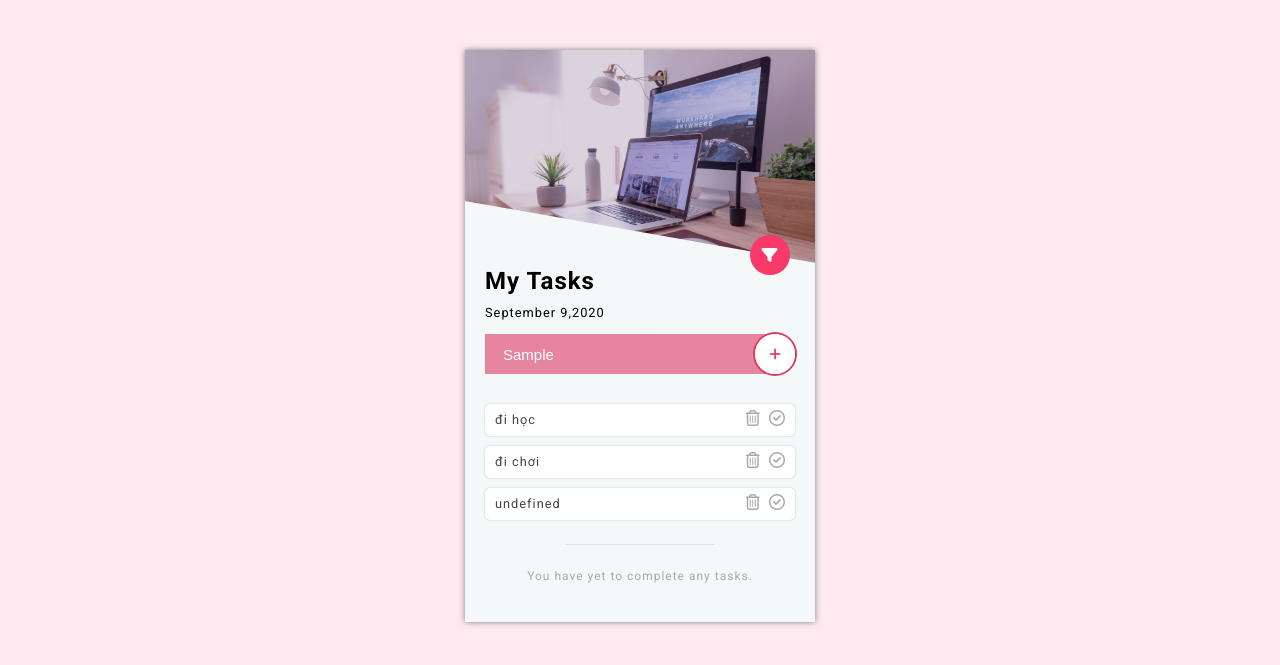
Repository: phongthanhh/JS-ToDoList
Page: index.html
These files come from the project's save history. The page is drawn as it stood at one moment and after the next save; the edit follows.
The browser window is 1280 px wide. The pictures show the whole page.
Empty fields were first filled with sample values (such as "Sample", 5 or name@example.com).
After loading, the first visible `#addItem` was clicked once.

Above is the page before, as saved 2022-12-20 16:00:13.

After the next save:
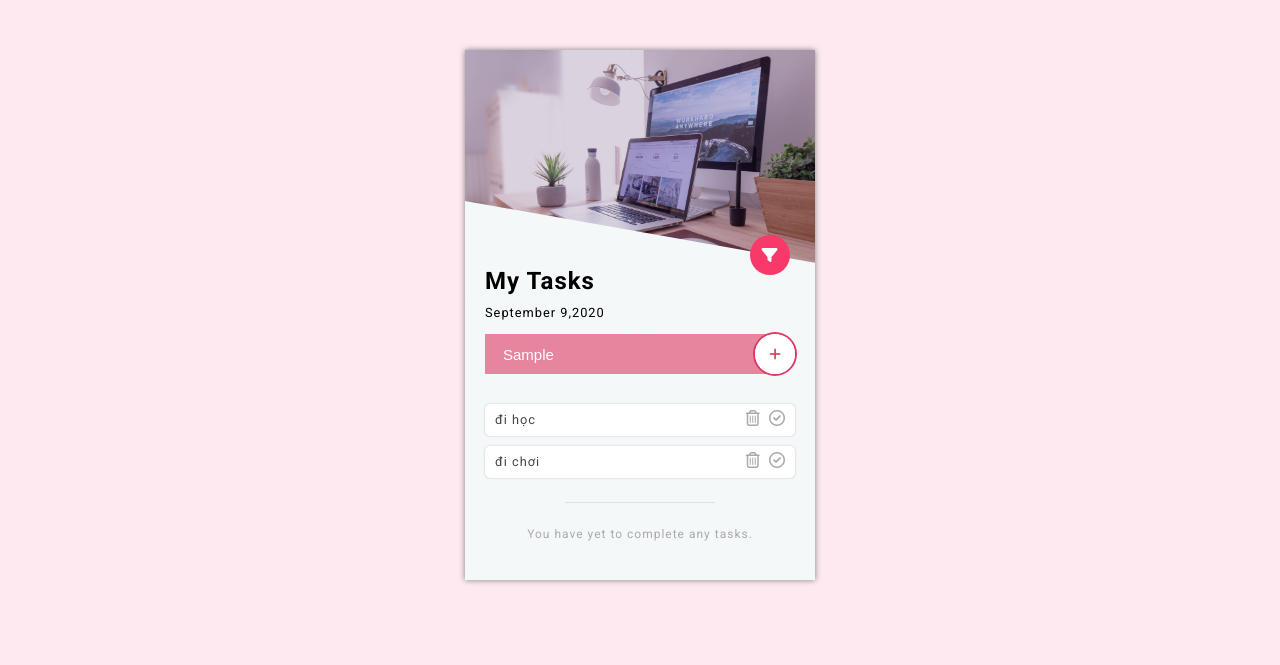
Saved 15 s later.
--- a/js/ToDoList.js
+++ b/js/ToDoList.js
@@ -38,7 +38,7 @@
             let valueNewTask = getEl('newTask').value
             if (valueNewTask) {
                 this.ToDoArray.push(valueNewTask)
-                this.renderToDo()
+                console.log(this.ToDoArray);
             }
         }
 

After the 3 saves that followed:
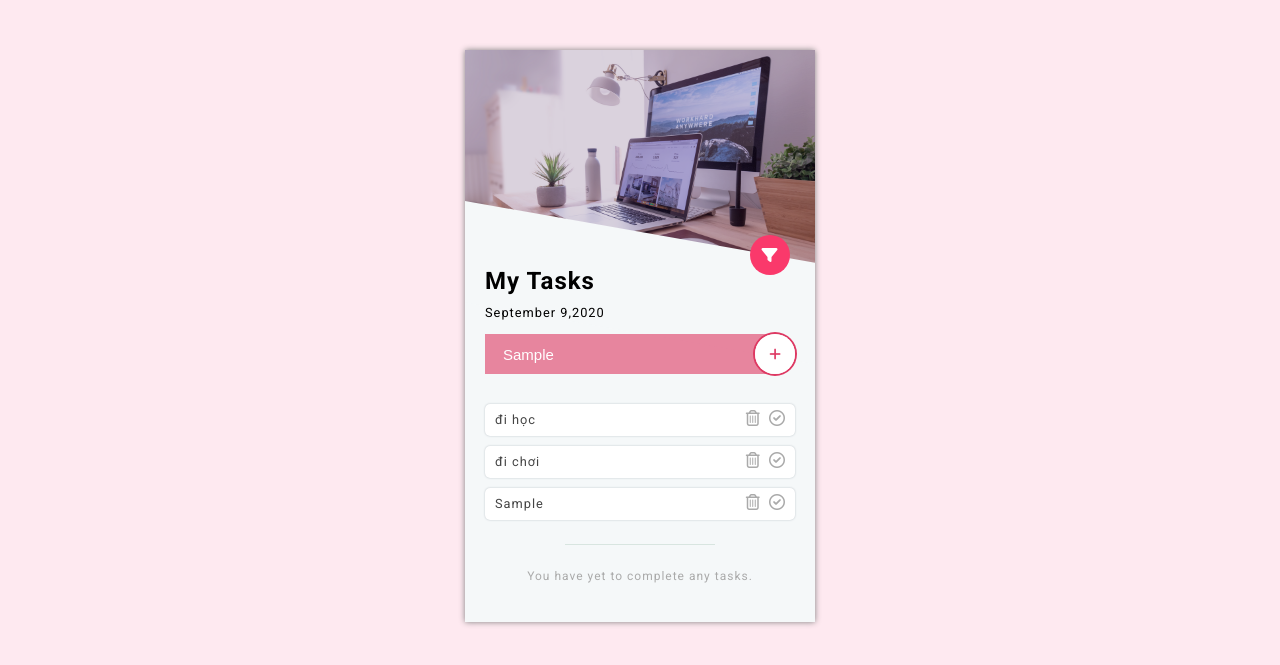
The 3 saves are shown as one change because 1 left the picture as it was and some came seconds apart.
The last was saved 95 s later.
--- a/js/ToDoList.js
+++ b/js/ToDoList.js
@@ -37,8 +37,10 @@
         getAddTodO.onclick = () => {
             let valueNewTask = getEl('newTask').value
             if (valueNewTask) {
-                this.ToDoArray.push(valueNewTask)
+                let newTask = new ToDo('1', valueNewTask, 'done')
+                this.ToDoArray.push(newTask)
                 console.log(this.ToDoArray);
+                this.renderToDo()
             }
         }
 
